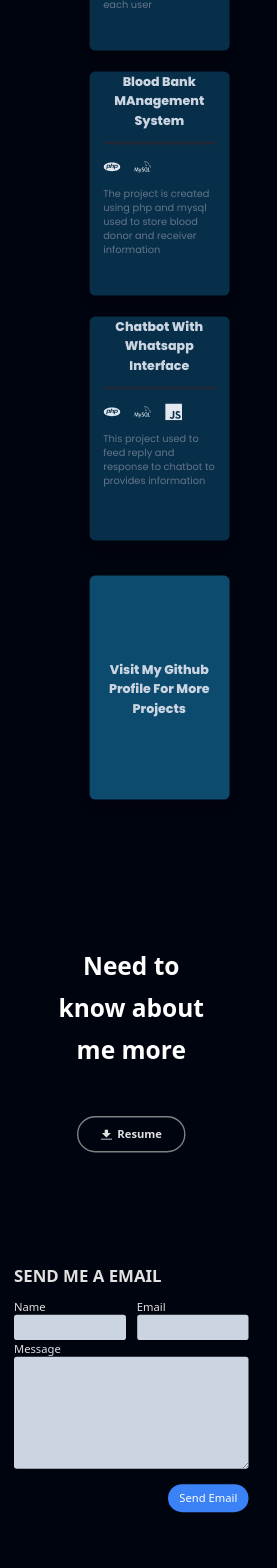
Repository: sibi24sibi/MyPersonalPortfolio
Page: /
The author's editor kept a copy of each file at every save. The page is drawn from the files as they stood at one save, then again after the next save.
The browser window is 375 px wide. The page is 395 px wide, so the pictures cover 395 px, including what lies to the right of the window. The pictures show the part of the page from y = 3186 to 5426 px (the page is 5426 px tall before and 5346 px after), at 70% of full size.
The project was rebuilt for these pictures with package versions that can differ from the ones it lists, and the page was loaded fresh each time. Also part of the build but not shown: vite.config.js, src/components/Menu.jsx, src/components/Footer.jsx.

Above is the page before, as saved 2024-05-03 20:26:18.

### index.html
<!DOCTYPE html>
<html lang="en">

<head>
  <meta charset="UTF-8" />
  <link rel="icon" type="image/svg+xml" href="" />
  <meta name="viewport" content="width=device-width, initial-scale=1 , maximum-scale=1 ,user-scalable=no" />
  <title>
    Personal Portfolio
  </title>
</head>

<body className="darkMode">
  <div id="root" className="px-5 w-screen"></div>
  <script type="module" src="/src/main.jsx"></script>
</body>

</html>

### src/index.css
@import url('https://fonts.googleapis.com/css2?family=Poppins:wght@300;400;500;600;800&display=swap');
@tailwind base;
@tailwind components;
@tailwind utilities;

html {
    @apply overflow-x-hidden scroll-smooth
}

body {

    @apply dark:bg-[#00040f] bg-[#e2e2e2ab]
}

### src/App.jsx
import Navbar from "./components/Navbar";
import About from "./components/About";

import Education from "./components/Education";
import Projects from "./components/Projects";
import Skills from "./components/Skills";

import HashLoader from "react-spinners/HashLoader";
import CTA from "./components/CTA";
import MyEmailLayout from "./components/email";
import Footer from "./components/Footer";


import { useState, useEffect } from "react";

const override = {
  display: "flex",
  justifyContent: "center",
  alignItems: "center",
  marginTop: "5rem",
  borderColor: "red",
};

const App = () => {
  const [loading, setLoading] = useState(true);

  useEffect(() => {
    setLoading(true);
    setTimeout(() => {
      setLoading(false);
    }, 3000);
  }, []);
  return (
    <>
      {loading ? (
        <div className="flex h-screen w-screen justify-center items-center bg-[#00040f] ">
          <HashLoader
            color="#0891b2"
            loading={loading}
            cssOverride={override}
            size={90}
            aria-label="Loading Spinner"
            data-testid="loader"
          />
        </div>
      ) : (
        <div className=" flex flex-col justify-center items-center">
          <Navbar></Navbar>
          <About></About>
          <Skills></Skills>
          <Education></Education>
          <Projects></Projects>
          <CTA></CTA>
          <MyEmailLayout></MyEmailLayout>
          {/* <Footer></Footer> */}
        </div>
      )}
    </>
  );
};
export default App;

### src/components/Navbar.jsx
import { CgMenuRightAlt } from "react-icons/cg";
import { HiSun, HiMoon } from "react-icons/hi";
import { useState, useEffect } from "react";
import Menu from "./Menu";

const Navbar = () => {
  const [nav, setNav] = useState(false);

  const [theme, setTheme] = useState("light");

  useEffect(() => {
    if (theme === "dark") {
      document.documentElement.classList.remove("dark");
    } else {
      document.documentElement.classList.add("dark");
    }
  }, [theme]);

  const handleTheme = () => {
    setTheme(theme === "dark" ? "light" : "dark");
  };

  return (
    <>
      <section className="NAVBAR sticky top-0 backdrop-blur-[5px] z-10 pt-5  translate-x-[20px] min-w-full mt-5 font-['Poppins']  max-sm:p-2 max-sm:mx-1 max-sm:max-h-[48px] ">
        <div className="flex  justify-between capitalize md:ml-9 sm:ml-2">
          <div className="LOGO ">
            <a
              href="#"
              className="text-3xl bg-gradient-to-r from-blue-600 to-cyan-600 bg-clip-text text-transparent dark:text-cyan-500 max-sm:text-2xl"
            >
              {"Portfolio"}
            </a>
          </div>
          <div className="NAVLINKS min-w-full pr-9 text-[20px] translate-x-[-160px]  max-sm:hidden flex justify-end gap-12 text-[#00040f] dark:text-[#e1e1e1] ">
            <a href="#about" className=" hover:text-cyan-500">
              Home
            </a>
            <a href="#experience" className="hover:text-cyan-500">
              Experience
            </a>
            {/* <a href="#education" className="hover:text-cyan-500 ">
              Education
            </a> */}
            <a href="#projects" className="hover:text-cyan-500 ">
              Projects
            </a>
            <a href="#contact" className="hover:text-cyan-500 ">
              Contact
            </a>

            <button onClick={handleTheme}>
              {theme === "dark" ? (
                <HiMoon className="-translate-y-1 text-2xl" />
              ) : (
                <HiSun className="-translate-y-1 text-2xl" />
              )}
            </button>

            </div>
            </div>
          <button onClick={() => setNav(!nav)}>
            <CgMenuRightAlt className="hidden max-sm:block mr-5   absolute top-2  right-10 md:transform-none text-[#00040f] dark:text-[#e1e1e1] text-[32px]" />
          </button>


        {nav && <Menu />}

      </section>



    </>
  );
};
export default Navbar;

### src/components/About.jsx
import Lottie from "lottie-react";
import computer from "../assets/lottie/computer.json";

const About = () => {
  return (
    <>
      <section
        id="about"
        className="p-5 mx-2 mb-10 font-medium font-['Poppins'] max-w-6xl max-sm:p-2 max-sm:mx-5"
      >
        <div className="WRAPPER mt-12 flex justify-between max-sm:flex-col gap-35">
        <div className="INTRO text-[70px] leading-[80px] font-semibold max-sm:text-[40px] max-sm:leading-[70px] max-sm:font-semibold">
            <h3 className="text-[#00040f] dark:text-white">
              Hi, there! <br />I am
            </h3>
            <span className="bg-clip-text text-transparent bg-gradient-to-r  from-blue-600 to-cyan-600 dark:from-cyan-500 dark:to-slate-200">
             Sibi Chakraborthy.

            </span>

            <p className="ABOUT h-[100px] text-xl max-sm:text-[15px] bg-clip-text text-transparent  bg-gradient-to-r  from-[#00040f] to-slate-500 dark:from-slate-500 dark:to-slate-200 max-w-[470px] mt-5 pl-1">
            Design is not just what it looks like and feels like. Design is how it works.
            </p>
          </div>
        <div className="div">
          <Lottie
            animationData={computer}
            loop={true}
            className="max-w-[650px] "
          />
          </div>
        </div>
      </section>
    </>
  );
};
export default About;

### src/components/Education.jsx
import Lottie from "lottie-react";
import education from "../assets/lottie/education.json";
import SAEC from "../assets/SAEC.png";
import AOS from "aos";

import { useEffect } from "react";

const Education = () => {
  useEffect(() => {
    AOS.init();
  }, []);
  return (
    <section
      id="education"
      className="EXPERIENCE max-w-6xl p-5 mx-20 mb-25 font-['Poppins']  max-sm:p-2 max-sm:mx-5"
    >
      <div className="WRAPPER mt-10">
        <h1 className="text-[#00040f] dark:text-slate-300 text-center font-extrabold text-5xl mb-5 max-sm:text-4xl   ">
          Education
        </h1>

        <div
          className="EDUCATION flex gap-7 justify-between flex-row-reverse max-sm:flex-col"
          data-aos="fade-right"
        >
          <div className="max-w-[520px] mt-[52px] p-7 max-sm:p-3">
            <div className="flex gap-5">
              <img
                src={SAEC}
                alt="SAEC"
                className="w-[150px] h-[100px]"
              />
              <h1 className="bg-clip-text text-transparent bg-gradient-to-r max-sm:text-[17px] from-amber-500 via-orange-600 to-yellow-500 dark:from-[#ff6600] dark:to-slate-100 font-semibold text-2xl w-[300px] h-[100px] tracking-wider ">
                Syed Ammal engineering college
              </h1>
            </div>

            <div className="mt-7 flex flex-col gap-5 text-left pl-4">
              <h3 className="capitalize  text-slate-800 dark:text-slate-300 text-xl max-sm:text-lg">
                Bachelor of technology
              </h3>
              <p className="italic capitalize text-gray-500 dark:text-slate-500 text-xl max-sm:text-lg leading-9">
                November 2020 - May 2024
              </p>

              <p className="capitalize text-gray-500 dark:text-slate-500 text-xl max-sm:text-lg leading-9">
                Computer Science and Engineering
              </p>
            </div>
          </div>
          <Lottie
            animationData={education}
            loop={true}
            className="max-w-[500px]"
          />
        </div>
      </div>
    </section>
  );
};
export default Education;

### src/components/Projects.jsx
import Project_prop from "./Project_prop";
import {
  GPT4,
  Portfolio,
  Rocket,
  WellBeing,
  Game,
} from "../constants/Constant";
import Tooltip from "@mui/material/Tooltip";
import IconButton from "@mui/material/IconButton";
import AOS from "aos";
import "aos/dist/aos.css";
import { useEffect } from "react";
import {
  SiReact,
  SiTailwindcss,
  SiVite,
  SiHtml5,
  SiCss3,
  SiJavascript,
  SiLaravel,
  SiBootstrap,
  SiPhp,
  SiWordpress,
  SiMysql,
} from "react-icons/si";

const Projects = () => {
  useEffect(() => {
    AOS.init();
  }, []);
  return (

<>

<section
      id="projects"
      className="EXPERIENCE p-5 mx-5 min-h-screen font-['Poppins']   max-sm:p-2 max-sm:mx-5"
    >
<h1 className="text-[#00040f] dark:text-slate-300 text-center font-extrabold text-5xl mb-24  max-sm:text-4xl  ">
          Projects
</h1>
<div className="container flex justify-center flex-col md:flex-row">


<Project_prop
            title="Personal Portfolio Website"
            para="Personal portfolio website created with react and Tailwind CSS"
            img={Portfolio}
            link=""
            github_link=""
            react={
              <Tooltip title="React" arrow>
                <IconButton>
                  <SiReact className="dark:text-slate-200 text-black" />
                </IconButton>
              </Tooltip>
            }
            tailwindcss={
              <Tooltip title="TailWind CSS" arrow>
                <IconButton>
                  <SiTailwindcss className=" dark:text-slate-200 text-black" />
                </IconButton>
              </Tooltip>
            }
            vite={
              <Tooltip title="Vite" arrow>
                <IconButton>
                  <SiVite className=" dark:text-slate-200 text-black" />
                </IconButton>
              </Tooltip>
            }


  />
<Project_prop
            title="Binary to decimal convertor"
            para="This is reactjs project that convert binary numbers to decimal"
            img={Portfolio}
            link=""
            github_link=""
            react={
              <Tooltip title="React" arrow>
                <IconButton>
                  <SiReact className="dark:text-slate-200 text-black" />
                </IconButton>
              </Tooltip>
            }
            css3={
              <Tooltip title="React" arrow>
                <IconButton>
                  <SiCss3 className="dark:text-slate-200 text-black" />
                </IconButton>
              </Tooltip>
            }
  />


<Project_prop
            title="TODO List using Laravel"
            para="I have used laravel framework with authencation and make todo list for each user"
            img={Portfolio}
            link=""
            github_link=""
            laravel={
              <Tooltip title="Laravel" arrow>
                <IconButton>
                  <SiLaravel className=" dark:text-slate-200 text-black" />
                </IconButton>
              </Tooltip>
            }
            bootstrap={
              <Tooltip title="Bootstrap" arrow>
                <IconButton>
                  <SiBootstrap className=" dark:text-slate-200 text-black" />
                </IconButton>
              </Tooltip>
            }

  />
  <Project_prop
            title="Blood Bank MAnagement System"
            para="The project is created using php and mysql used to store blood donor and receiver information"
            img={Portfolio}
            link=""
            github_link=""
            php={
              <Tooltip title="PHP" arrow>
                <IconButton>
                  <SiPhp className=" dark:text-slate-200 text-black" />
                </IconButton>
              </Tooltip>
            }
            mysql={
              <Tooltip title="Mysql" arrow>
                <IconButton>
                  <SiMysql className=" dark:text-slate-200 text-black" />
                </IconButton>
              </Tooltip>
            }

  />
  <Project_prop
            title="Chatbot with Whatsapp interface"
            para="This project used to feed reply and response to chatbot to provides information"
            img={Portfolio}
            link=""
            github_link=""
            php={
              <Tooltip title="PHP" arrow>
                <IconButton>
                  <SiPhp className=" dark:text-slate-200 text-black" />
                </IconButton>
              </Tooltip>
            }
            mysql={
              <Tooltip title="Mysql" arrow>
                <IconButton>
                  <SiMysql className=" dark:text-slate-200 text-black" />
                </IconButton>
              </Tooltip>
            }
            javascript={
              <Tooltip title="JavaScript" arrow>
                <IconButton>
                  <SiJavascript className=" dark:text-slate-200 text-black" />
                </IconButton>
              </Tooltip>
            }
  />
  <div className="card flex bg-blue-200 dark:bg-sky-900 rounded-lg shadow-lg items-center justify-center ">
        <h3
        className=" title capitalize font-bold h-20 text-slate-800 dark:text-slate-300 text-xl max-sm:text-lg m-5 text-center "
        >
          Visit my Github Profile for more projects
        </h3>

  </div>

  </div>
</section>

</>



  );
};
export default Projects;

### src/components/Skills.jsx
import {
  HTML,
  CSS,
  Github,
  Git,
  Vite,
  TailwindCSS,
  react,
  Python,
  Javascript,
  CPP,
  C,
  Vue,
  nodejs
} from "../constants/Constant";

import AOS from "aos";
import "aos/dist/aos.css";
import { useEffect } from "react";
import Image from "./Img_prop";

const Skills = () => {
  useEffect(() => {
    AOS.init();
  }, []);
  return (
    <>
      <section className="EXPERIENCE p-5  mb-10 max-w-6xl  font-['Poppins']  max-sm:p-2 max-sm:mx-5">
        <div>
        <h1 className="text-[#00040f] dark:text-slate-300 font-extrabold text-5xl text-center max-sm:text-4xl ">
          SKILLS
        </h1>
        </div>
        <div
          className=" grid place-content-start  grid-cols-3 gap-4 max-sm:p-2 mt-10"
          data-aos="zoom-out-up"
        >
          <Image img={HTML}></Image>
          <Image img={CSS}></Image>
          <Image img={Javascript}></Image>
          <Image img={react}></Image>
          <Image img={TailwindCSS}></Image>
          {/* <Image img={Vue}></Image>
          <Image img={CPP}></Image>
          <Image img={C}></Image> */}
          <Image img={Python}></Image>
          {/* <Image img={Vite}></Image> */}
          <Image img={Git}></Image>
          <Image img={Github}></Image>
          <Image img={nodejs}></Image>
        </div>
      </section>
    </>
  );
};
export default Skills;

### src/components/CTA.jsx
function CTA() {
  const resumeLink = "/Sibi-Chakraborthy-V.pdf";
  return (
    <div id="resume" className="pt-36 max-w-6xl resume relative w-full flex justify-center ">

      <div className="pt-14 mx-20 pb-40">
        <h2 className="text-4xl md:text-5xl max-sm:text-[35px] max-sm:leading-[60px] font-bold mb-10 text-[#00040f] dark:text-white text-center">
          Need to know about me more
        </h2>
        <div className="flex justify-center ">
        <a
          href={resumeLink}
          className="cursor-pointer font-bold whitespace-nowrap
        mt-6 px-8 py-3 dark:text-[#e1e1e1] border-2 rounded-full border-[#808080]  bg-bg hover:bg-fun-pink hover:border-fun-pink transition-colors inline-flex items-center"
        >
          <svg class="fill-current w-4 h-4 mr-2" xmlns="http://www.w3.org/2000/svg" viewBox="0 0 20 20"><path d="M13 8V2H7v6H2l8 8 8-8h-5zM0 18h20v2H0v-2z"/></svg>
          <span>Resume</span>

        </a>

        </div>
      </div>


    </div>
  );
}

export default CTA;

### src/components/email.jsx
import React, { useRef, useEffect } from "react";
import emailjs from '@emailjs/browser';



const MyEmailLayout = () => {
  const form = useRef();

  useEffect(() => {
    // Initialize emailjs
    emailjs.init('-fw29uVaf1UZJqOVT');
  }, []);

  const sendEmail = (e) => {
    e.preventDefault();

    emailjs

      .sendForm('service_hgvjibu', 'template_f9rmzk9', form.current)
      .then(
        () => {
          alert('Email sent successfully!');
        },
        (error) => {
          alert('Failed to send email. Please try again later.');
          console.error('Email Error:', error);
        }
      );
  };

  return (
    <div   className="mb-20 max-w-6xl" id="contact">

      <div className=" mx-10 max-sm:mx-5 ">
      <div className="div">
      <h1 className="text-2xl dark:text-[#e1e1e1] font-bold mb-4 ">SEND ME A EMAIL</h1>
      </div>
      <form ref={form} onSubmit={sendEmail}>
        <div className="grid  grid-cols-2 gap-4 flex justify-center">
          <div>
            <label htmlFor="name" className="dark:text-[#e1e1e1]">Name</label>
            <input
              type="text"
              id="name"
              name="user_name"
              className="px-3 py-2 placeholder-gray-400 text-gray-600 relative dark:bg-slate-300 bg-stone-300 rounded text-sm border-0 shadow outline-none focus:outline-none focus:ring  w-full"
            />
          </div>
          <div>
            <label htmlFor="email" className="dark:text-[#e1e1e1]">Email</label>
            <input
              type="email"
              id="email"
              name="user_email"
              className="px-3 py-2 placeholder-gray-400 text-gray-600 relative dark:bg-slate-300 bg-stone-300 rounded text-sm border-0 shadow outline-none focus:outline-none focus:ring w-full"
            />
          </div>
        </div>
        <label htmlFor="message" className="dark:text-[#e1e1e1]">Message</label>
        <textarea
          placeholder=""
          name="message"
          className="px-3 py-2 placeholder-gray-400 text-gray-600 relative dark:bg-slate-300 bg-stone-300 rounded text-sm border-0 shadow outline-none focus:outline-none focus:ring h-40 w-full "
        ></textarea>
        <button
          type="submit"
          className="bg-blue-500 rounded-full text-white px-4 py-2 mt-4 float-right"
          value="Send"
        >
          Send Email
        </button>
      </form>
      </div>
    </div>
  );
};

export default MyEmailLayout;

### src/components/Project_prop.jsx
/* eslint-disable react/prop-types */

import "./proj_style.css";


const Project_prop = (props) => {
  return (
    <>


    <div className="proj-area ">
      <div className="card bg-blue-100 dark:bg-sky-950 rounded-lg shadow-lg aspect-w-16 aspect-h-9 ">
        <h3
        className="title capitalize font-bold h-20 text-slate-800 dark:text-slate-300 text-xl max-sm:text-lg m-5 text-center"
        >
          {props.title}
        </h3>
            <div className="bar h-1 min-w-40 dark:bg-gray-800  bg-slate-600  mx-5"></div>
        <div className="flex gap-1 ml-3 mt-3 ">
                {props.react}
                {props.vite}
                {props.html5}
                {props.css3}
                {props.php}
                {props.mysql}
                {props.javascript}
                {props.tailwindcss}
                {props.laravel}
                {props.bootstrap}
                {props.wordpress}

        </div>
        <p className="dark:text-slate-500 mt-2 text-sm px-5  select-none">
          {props.para}
        </p>
      </div>
    </div>



    </>
  );
};
export default Project_prop;

### src/constants/Constant.jsx
import C from "../assets/C.png";
import CPP from "../assets/CPP.png";
import HTML from "../assets/HTML.png";
import Github from "../assets/Github.png";
import CSS from "../assets/CSS.png";
import Python from "../assets/Python.png";
import Javascript from "../assets/Javascript.png";
import Git from "../assets/Git.png";
import Vite from "../assets/Vite.png";
import TailwindCSS from "../assets/TailwindCSS.png";
import react from "../assets/react.png";
import Vue from "../assets/vue.png";
import nodejs from "../assets/nodejs.png";

import Hackthechain from "../assets/HackTheChainLogo.png";
import GSSOC from "../assets/GSSoc.jpg";
import IITB from "../assets/IITB.png";
import Sports from "../assets/Sports_Club.png";
import IIITians from "../assets/IIITians_Network.png";
import GDSC from "../assets/GDSC.png";
import KDE from "../assets/kde.png";
import Oppia from "../assets/oppia.png";

import GPT4 from "../assets/gpt4.jpg";
import Portfolio from "../assets/portfolio.jpg";
import Rocket from "../assets/Rocket.jpg";
import Game from "../assets/Stone.jpg";
import WellBeing from "../assets/well-being.jpg";

export {
  C,
  CPP,
  HTML,
  CSS,
  Github,
  Git,
  Vite,
  TailwindCSS,
  react ,
  Python,
  Javascript,
  Vue,
  Hackthechain,
  GSSOC,
  IITB,
  Sports,
  IIITians,
  GPT4,
  Portfolio,
  Rocket,
  WellBeing,
  Game,
  GDSC,
  KDE,
  nodejs,
  Oppia,
};

### src/components/Img_prop.jsx
const Img_prop = ({ img }) => {
  return (
    <>
      <div className="mr-60 w-[100px] max-sm:w-[75px] h-[100px] max-sm:h-[75px] shadow-xl shadow-slate-300 dark:shadow-lg dark:shadow-blue-500/50 bg-gradient-to-bl from-[#ccc] to-[#eee] dark:from-[#051937] dark:to-[#222] rounded-full place-content-center grid translate-x-[100px] max-sm:translate-x-1">
        <img src={img} alt="html" className="max-sm:h-[45px] h-[55px] " />
      </div>
    </>
  );
};
export default Img_prop;

### src/components/proj_style.css



  .card {
    position: relative;
    left: 0px;
    width: 200px;
    height: fit-content;
    min-height: 320px;
    padding-bottom: 10px;
  }

  .card:not(:first-child) {
      margin-left: -50px;
  }

  .card:hover {
    transform: translateY(-20px);
    transition: 0.4s ease-out;
  }

  .card:hover ~ .card {
    position: relative;
    left: 50px;
    transition: 0.4s ease-out;
  }

@media only screen and (max-width: 600px) {

  .card {
    position:relative;
    left:40px;
    padding-bottom:unset;
    top: 10px;
    margin:10px;
    padding-bottom:unset;
  }
  .card:hover {
    transform:unset ;
    transition:unset;
    margin-left:unset;
  }
  .card:not(:first-child) {
    margin-left:auto;
    margin-top: 40px;
  }
  .card:hover ~ .card {
    position:unset;
    left:unset;
    transition:unset;
  }
}

Loaded but not shown: src/main.jsx (common file); src/assets/lottie/computer.json (common file); src/assets/lottie/Education.json (common file); tailwind.config.js (common file)

After the next save:
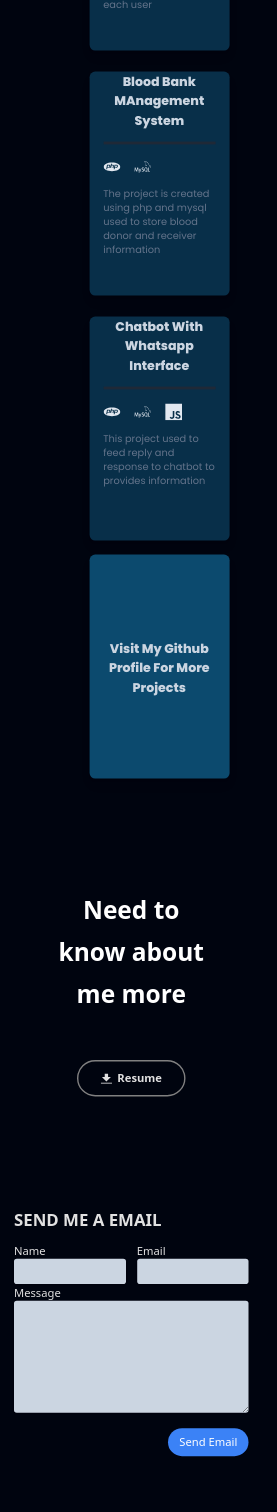
Saved 19 s later.
--- a/src/components/proj_style.css
+++ b/src/components/proj_style.css
@@ -42,7 +42,7 @@
   }
   .card:not(:first-child) {
     margin-left:auto;
-    margin-top: 40px;
+    margin-bottom: -40px;
   }
   .card:hover ~ .card {
     position:unset;
